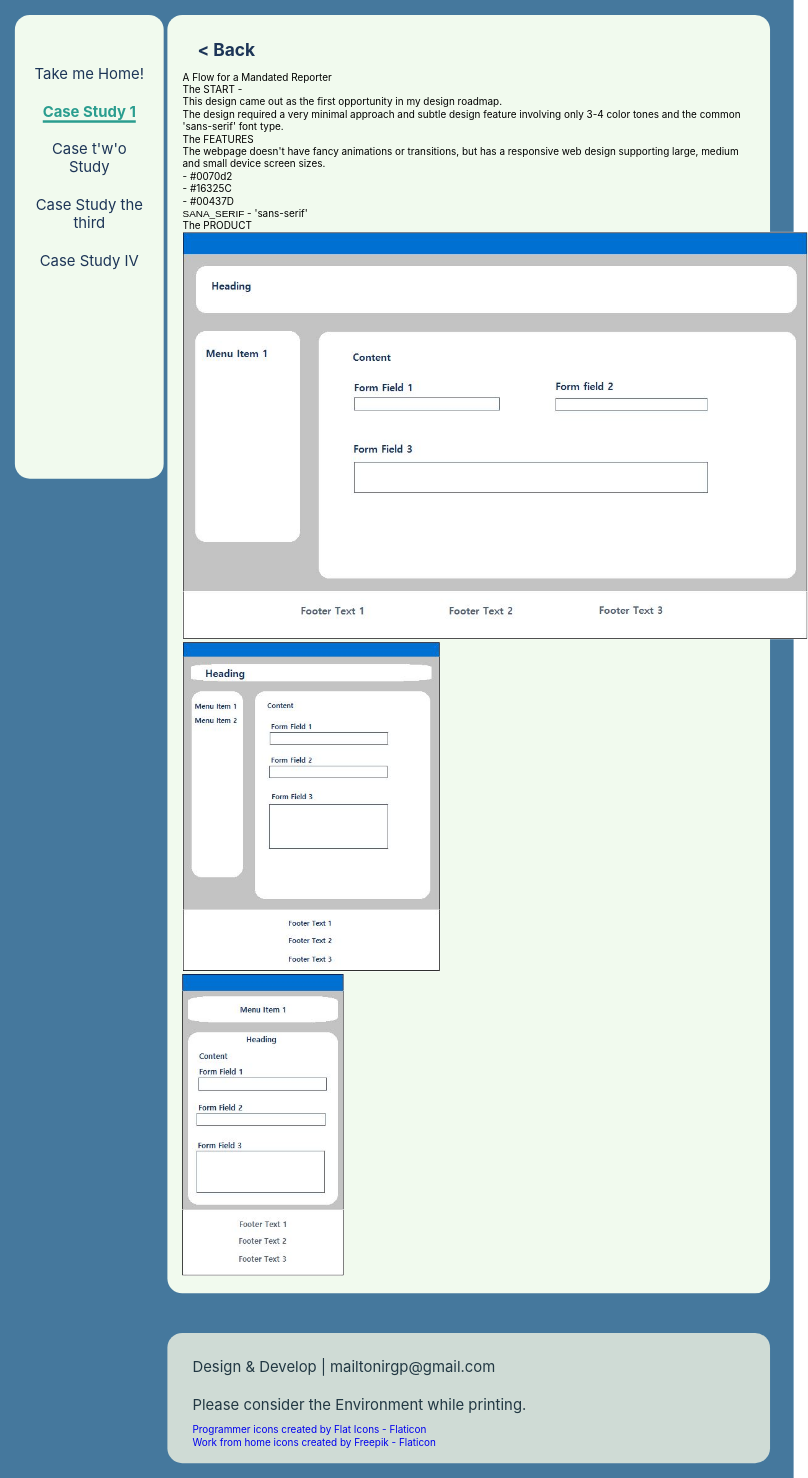
Repository: niranjangp/portfolioReact
Page: /cs-one
An editor plug-in stored every save of this project. The page is shown before and after the next save, followed by the edit.
The browser window is 1280 px wide. The page is 1303 px wide, so the pictures cover 1303 px, including what lies to the right of the window. The pictures show the whole page, at 62% of full size.
The project was rebuilt for these pictures with package versions that can differ from the ones it lists, and the page was loaded fresh each time. Also part of the build but not shown: src/pages/enterDesign.jsx, src/pages/notFound.jsx.

Above is the page before, as saved 2022-02-01 03:38:25.

After the next save:
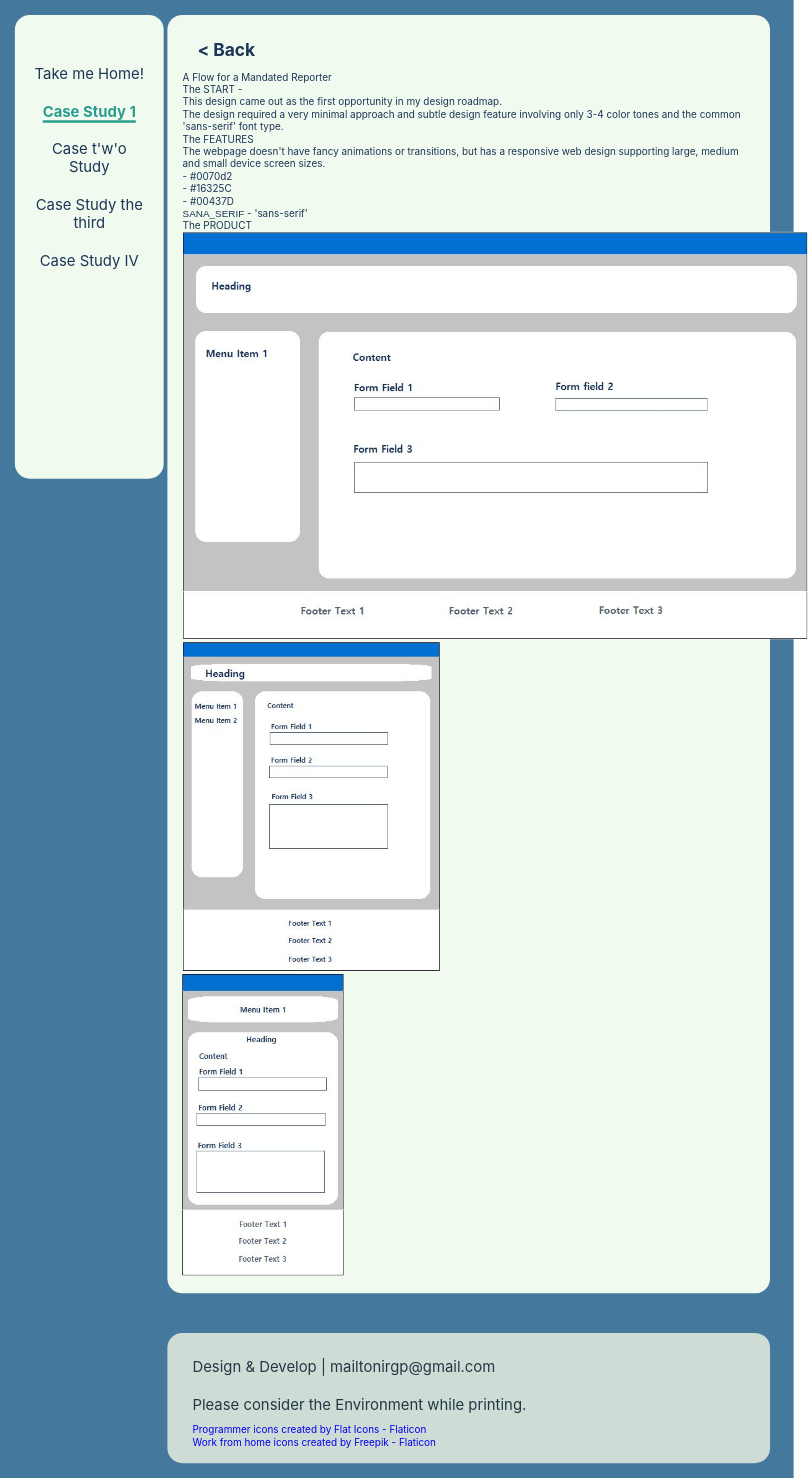
Saved 9 min 22 s later.
--- a/src/App.css
+++ b/src/App.css
@@ -181,7 +181,7 @@ footer {
 .csOne {
   min-height: 660px;
   height: 100%;
-
+  color: #1d3557;
 }
 
 .backLink {
@@ -194,6 +194,23 @@ footer {
   text-decoration: none;
   color: #1d3557;
 
+}
+
+.csOneHeader {
+  font-size: 40px;
+  padding: 16px 16px 24px 24px;
+}
+
+.csOneBody {
+  padding: 0 24px;
+}
+
+.csOneH {
+  font-size: 32px;
+}
+
+.csOneC {
+  font-size: 28px;
 }
 
 .fir {
